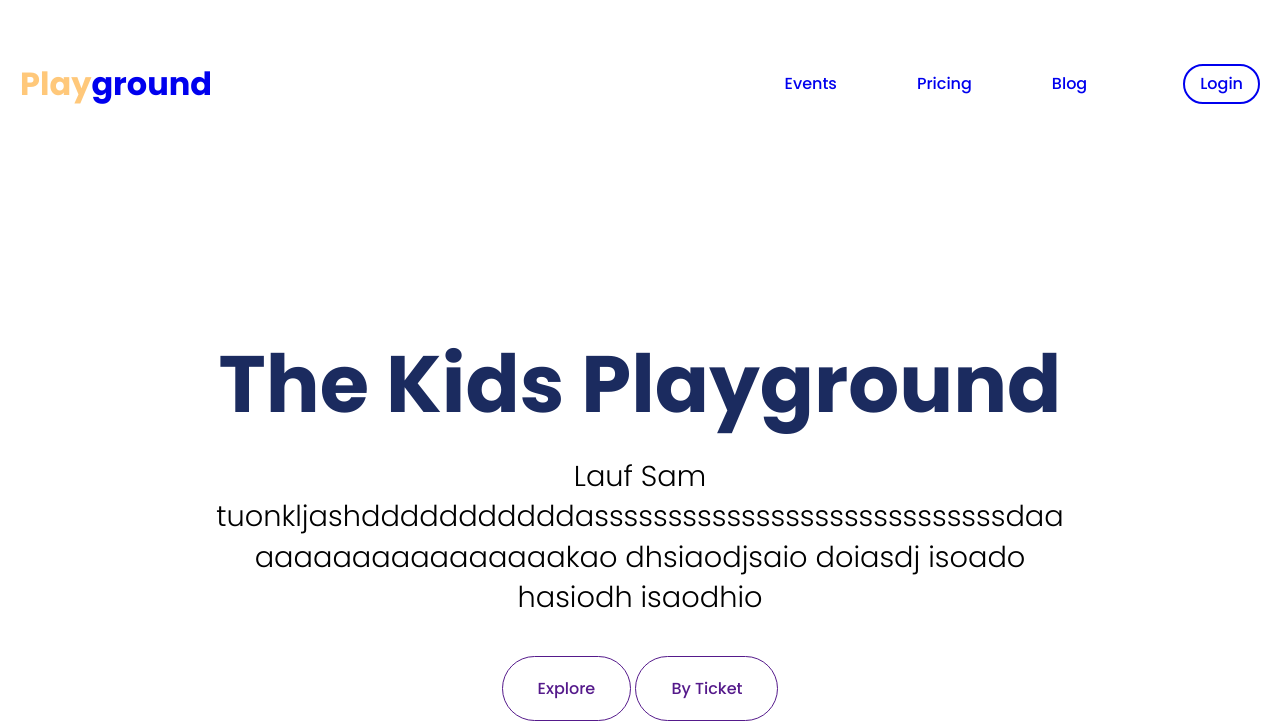
Repository: lausamtuong/Cut-psd-to-html
Page: index.html
An editor plug-in stored every save of this project. The page is shown before and after a run of saves, followed by the edit.
The browser window is 1280 px wide. The pictures show the whole page.
The style sheet was rebuilt from its Sass, Less or Tailwind sources for each picture, by a compiler version that may differ from the author's.

Above is the page before, as saved 2021-12-06 15:50:27.

After the next 3 saves:
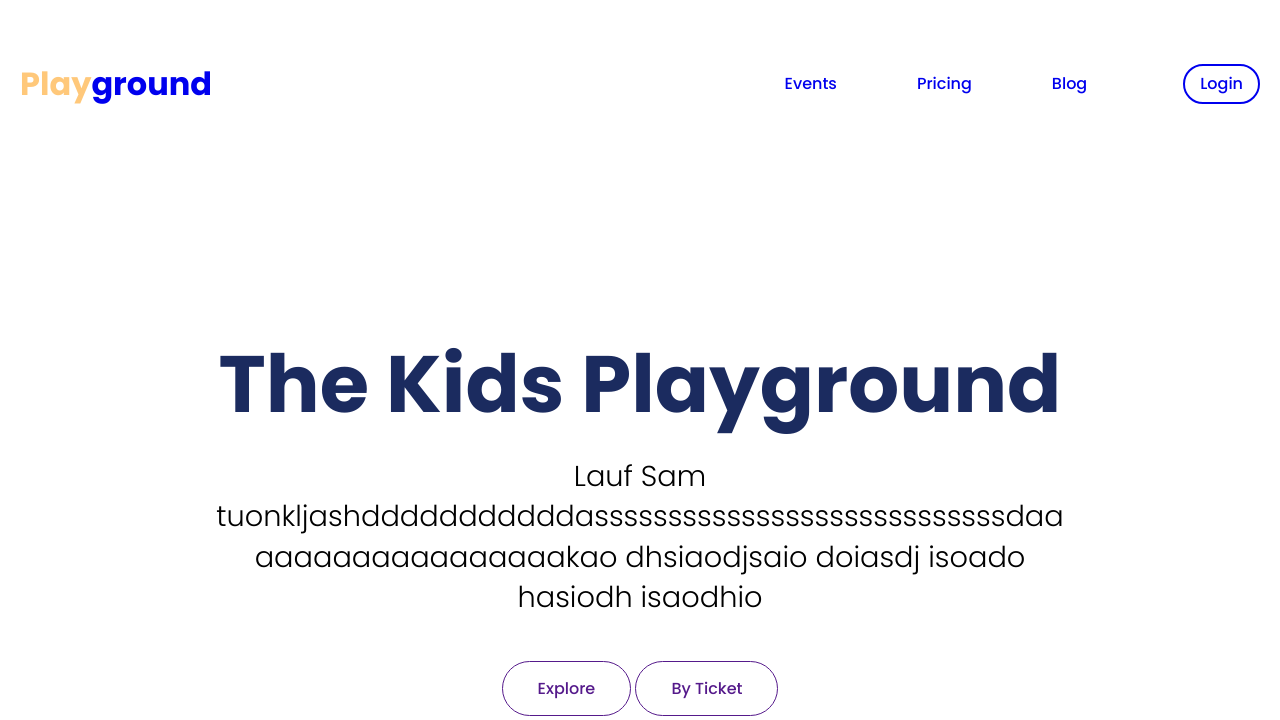
The 3 saves are shown as one change because they came seconds apart.
The last was saved 11 s later.
--- a/style.scss
+++ b/style.scss
@@ -75,7 +75,7 @@
     }
 }
 .btn{
-    padding:20px 35px;
+    padding:15px 35px;
     border: 1px solid currentColor;
     border-radius: 50px;
 }
